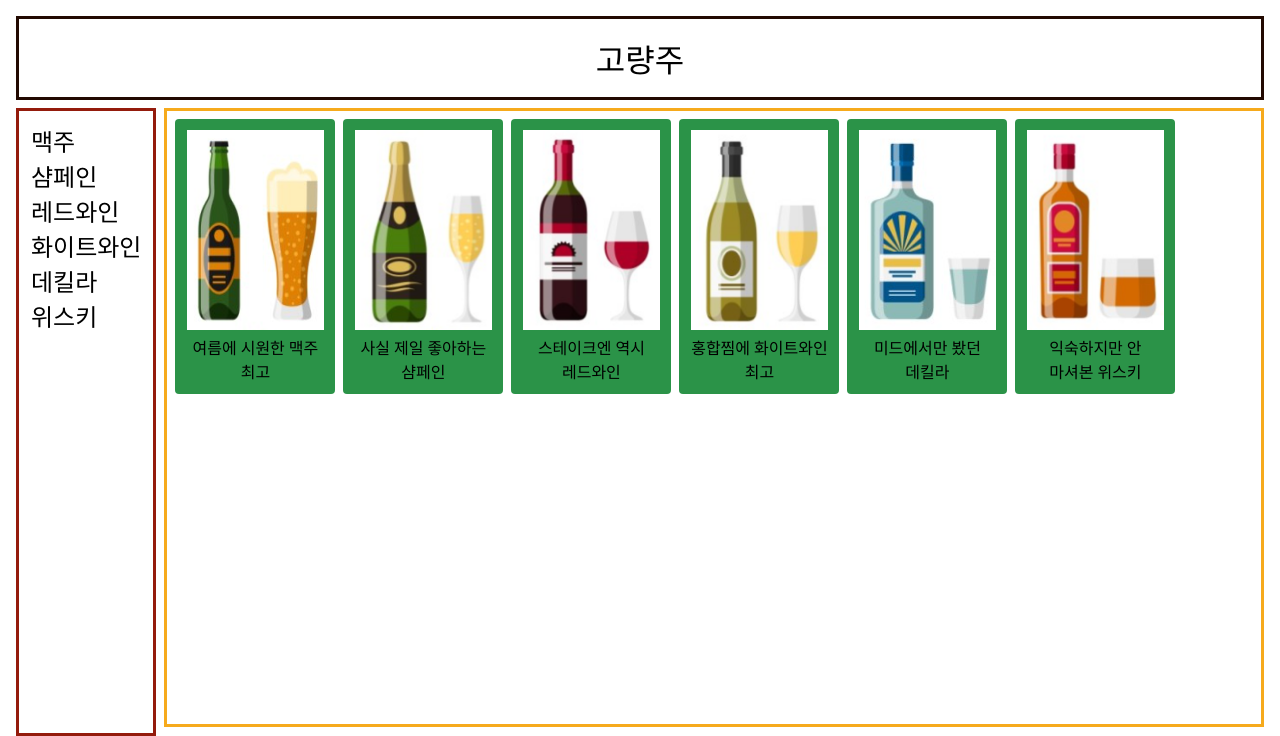
Repository: Jay-JYKim91/grj_2nd_week
Page: index.html
The author's editor kept a copy of each file at every save. The page is drawn from the files as they stood at one save, then again after the next save.
The browser window is 1280 px wide. The pictures show the whole page.
Some web fonts or font styles are not loaded; a fallback is used.

Above is the page before, as saved 2022-05-03 15:32:06.

### index.html
<!DOCTYPE html>
<html lang="en">
<head>
    <meta charset="UTF-8">
    <meta http-equiv="X-UA-Compatible" content="IE=edge">
    <meta name="viewport" content="width=device-width, initial-scale=1.0">
    <title>고량주 2주차</title>
    <link rel="stylesheet" href="./styles.css">
</head>
<body>
    <header>
        <span>고량주</span>
    </header>
    <main>
        <aside>
            <span>맥주</span>
            <span>샴페인</span>
            <span>레드와인</span>
            <span>화이트와인</span>
            <span>데킬라</span>
            <span>위스키</span>
        </aside>
        <section class="cards">
            <div class="card">
                <img src="./images/beer.png" alt="beer">
                <span>여름에 시원한 맥주 최고</span>
            </div>
            <div class="card">
                <img src="./images/champagne.png" alt="champagne">
                <span>사실 제일 좋아하는 샴페인</span>
            </div>
            <div class="card">
                <img src="./images/red_wine.png" alt="red_wine">
                <span>스테이크엔 역시 레드와인</span>
            </div>
            <div class="card">
                <img src="./images/white_wine.png" alt="white_wine">
                <span>홍합찜에 화이트와인 최고</span>
            </div>
            <div class="card">
                <img src="./images/tequila.png" alt="tequila">
                <span>미드에서만 봤던 데킬라</span>
            </div>
            <div class="card">
                <img src="./images/whiskey.png" alt="whiskey">
                <span>익숙하지만 안 마셔본 위스키</span>
            </div>
        </section>
    </main>
</body>
</html>

### styles.css
@import url("https://fonts.googleapis.com/css2?family=Hahmlet:wght@400;500&display=swap");

* {
  box-sizing: border-box;
  font-family: "Hahmlet", serif;
}

html,
body {
  height: 100%;
  margin: 0;
}

body {
  padding: 1rem;
}

header {
  border: 3px solid #220901;
  padding: 0.5em;
  font-size: 2rem;
  text-align: center;
}

main {
  display: flex;
  margin: 0.5rem 0;
  gap: 0.5rem;
  height: calc(100% - 60px);
}

aside {
  display: flex;
  flex-direction: column;
  border: 3px solid #941b0c;
  padding: 0.5em;
  font-size: 1.5rem;
  min-width: max-content;
}

.cards {
  display: flex;
  flex-wrap: wrap;
  border: 3px solid #f6aa1c;
  padding: 0.5em;
  gap: 0.5em;
  overflow-y: scroll;
  width: 100%;
  max-height: 86vh;
}

.card {
  display: flex;
  flex-direction: column;
  background-color: #2b9348;
  padding: 0.7em;
  text-align: center;
  word-break: keep-all;
  height: fit-content;
  border-radius: 4px;
  width: 10rem;
}

.card img {
  height: 200px;
  margin-bottom: 0.3em;
}

@media only screen and (max-width: 600px) {
  .card {
    background-color: #ffff3f;
  }
}

@media only screen and (min-width: 601px) and (max-width: 768px) {
  .card {
    background-color: #d4d700;
  }
}

@media only screen and (min-width: 769px) and (max-width: 992px) {
  .card {
    background-color: #80b918;
  }
}

After the next save:
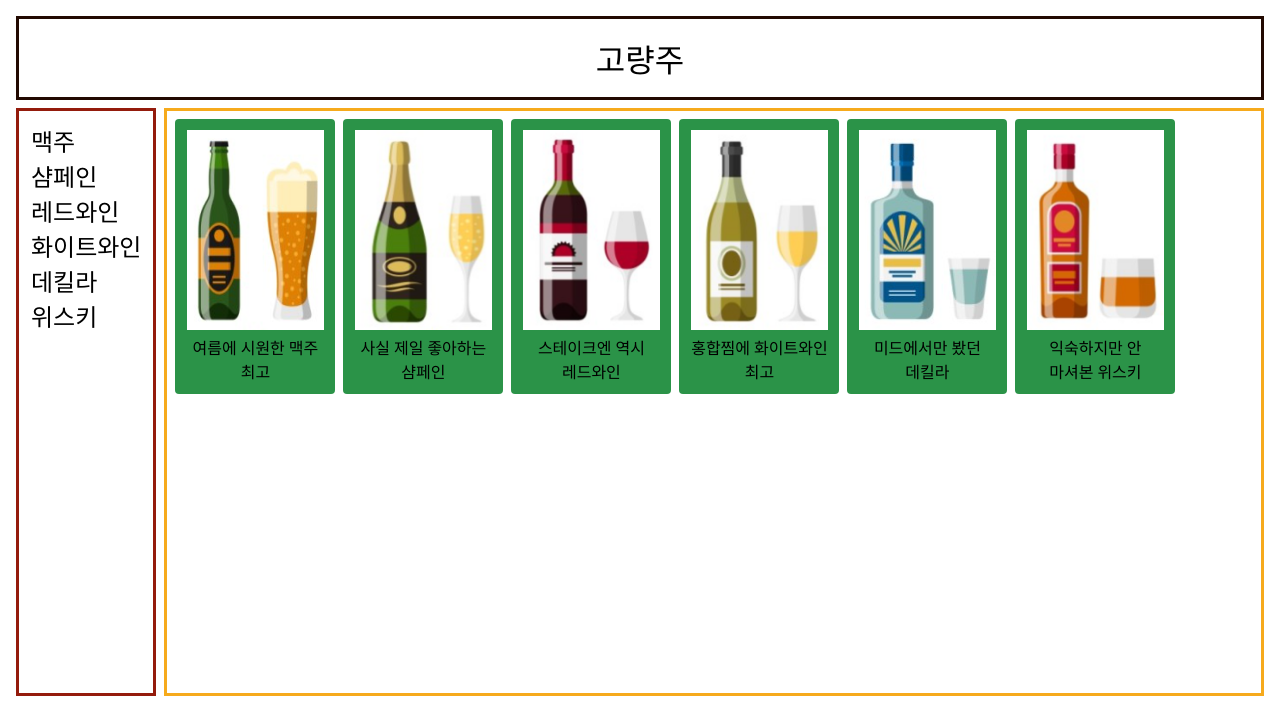
Saved 61 s later.
--- a/styles.css
+++ b/styles.css
@@ -26,7 +26,7 @@ main {
   display: flex;
   margin: 0.5rem 0;
   gap: 0.5rem;
-  height: calc(100% - 60px);
+  height: calc(100% - 100px);
 }
 
 aside {
